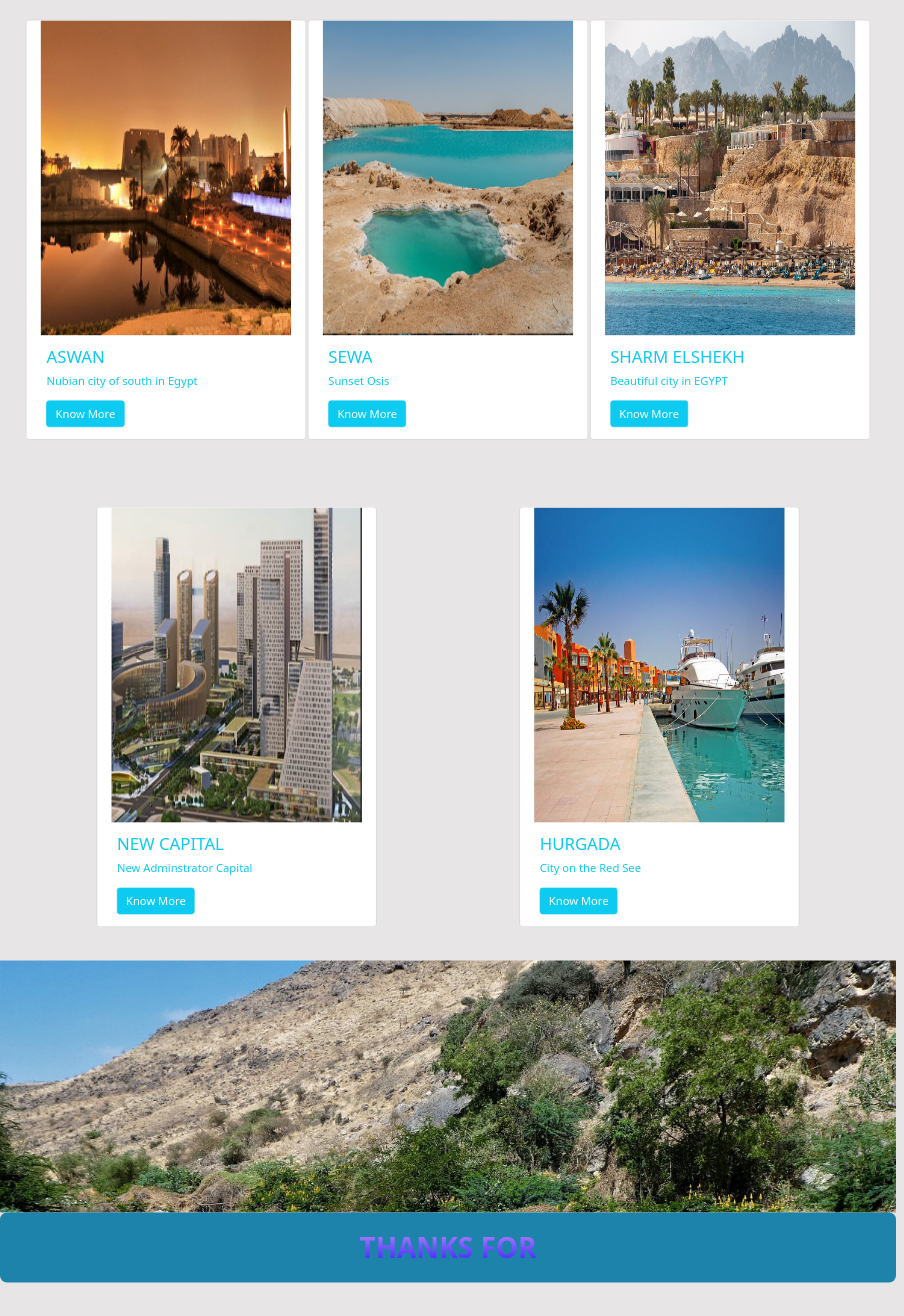
Repository: Ahmed123rezk123/P-temp
Page: index.html
An editor plug-in stored every save of this project. The page is shown before and after the next save, followed by the edit.
The browser window is 1280 px wide. The page is 1292 px wide, so the pictures cover 1292 px, including what lies to the right of the window. The pictures show the part of the page from y = 4313 to 6193 px (the page is 6193 px tall), at 70% of full size.
Backgrounds fixed to the window are drawn as part of the page.

Above is the page before, as saved 2024-02-18 11:56:19.

After the next save:
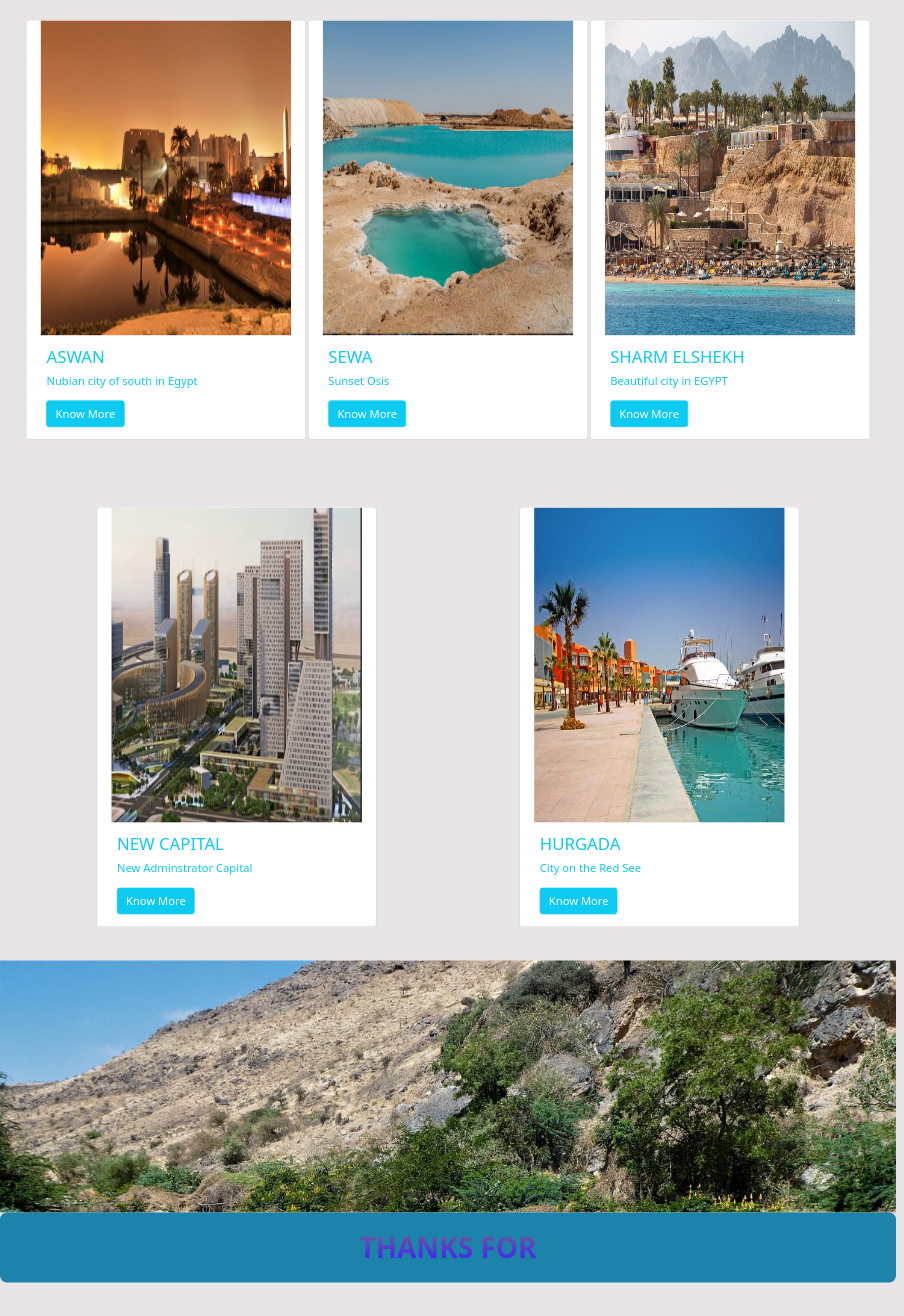
Saved 24 s later.
--- a/CSS/style.css
+++ b/CSS/style.css
@@ -338,7 +338,7 @@ transform: translate(-50% , -50%);
 text-transform: uppercase;
 font-weight: bold;
 
-background: -webkit-linear-gradient( #b387ff , rgb(57, 31, 255));
+background: -webkit-linear-gradient( #715d92 , rgb(57, 31, 255));
 -webkit-background-clip: text;
 -webkit-text-fill-color: transparent;
 }
